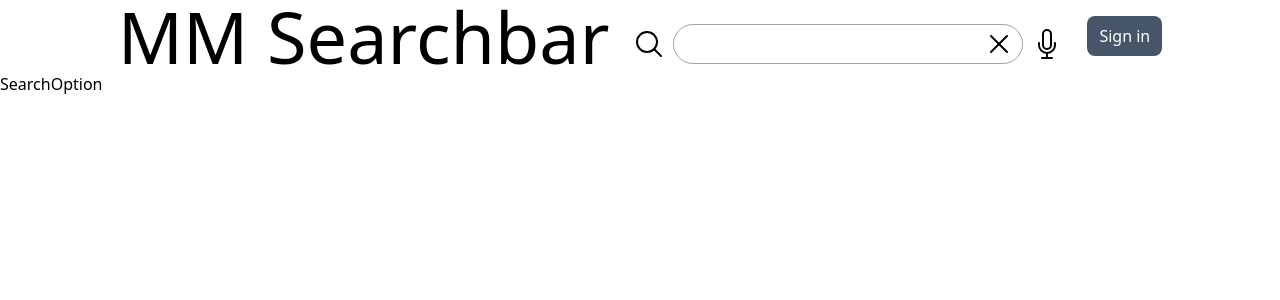
Repository: michalmilek/minigoogle
Page: /search
The author's editor kept a copy of each file at every save. The page is drawn from the files as they stood at one save, then again after the next save.
The browser window is 1280 px wide. The pictures show the whole page.
The page's requests for data from a server got no answer. The project was rebuilt for these pictures with package versions that can differ from the ones it lists, and the page was loaded fresh each time. The framework's server and built-in components were replaced by stand-ins that run in the browser. No one was signed in, and anything a server would have sent is missing. Also part of the build but not shown: next.config.js.

Above is the page before, as saved 2023-02-13 15:52:22.

After the next save:
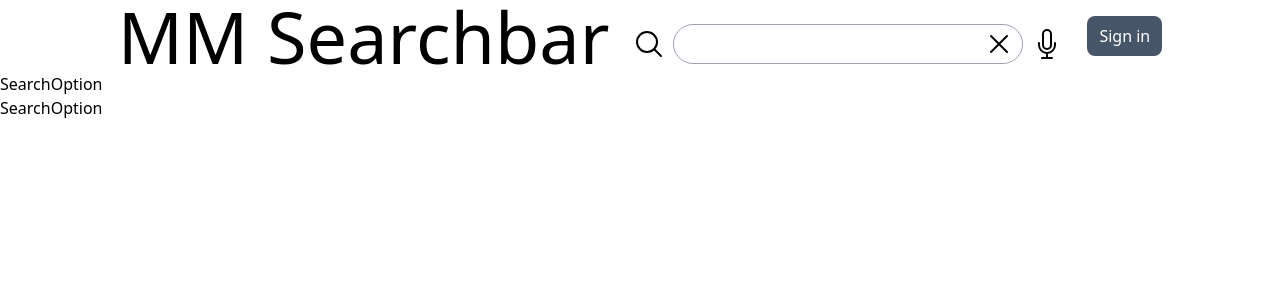
Saved 19 s later.
--- a/pages/search.tsx
+++ b/pages/search.tsx
@@ -1,8 +1,7 @@
 import SearchHeader from "@/components/SearchHeader";
 import Head from "next/head";
 import React from "react";
-import SearchHeaderOption from "@/components/SearchHeaderOptions";
-import SearchOption from "@/components/SearchOption";
+import SearchOptions from "@/components/SearchOptions";
 
 const search = () => {
   return (
@@ -24,7 +23,7 @@
       </Head>
 
       <SearchHeader />
-      <SearchOption />
+      <SearchOptions />
     </div>
   );
 };
